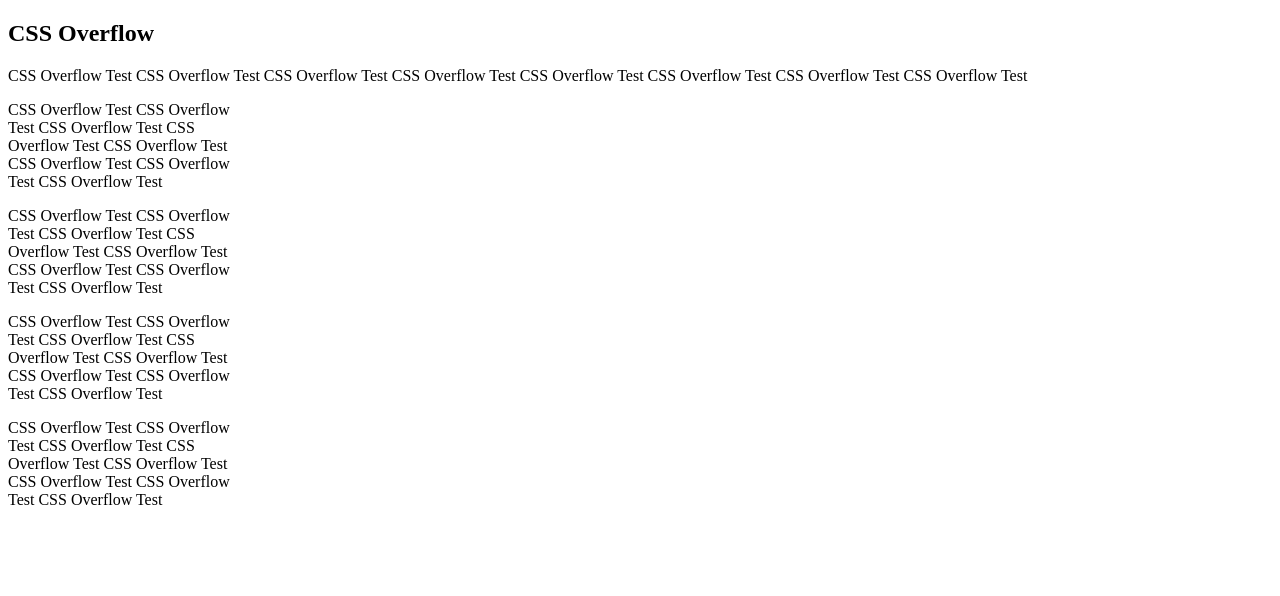
Repository: Kebiskim/2023_WebStudy
Page: 01_css/src/main/webapp/day02/Ex01_Overflow.html
The author's editor kept a copy of each file at every save. The page is drawn from the files as they stood at one save, then again after the next save.
The browser window is 1280 px wide. The pictures show the whole page.

Above is the page before, as saved 2023-06-26 00:46:49.

After the next save:
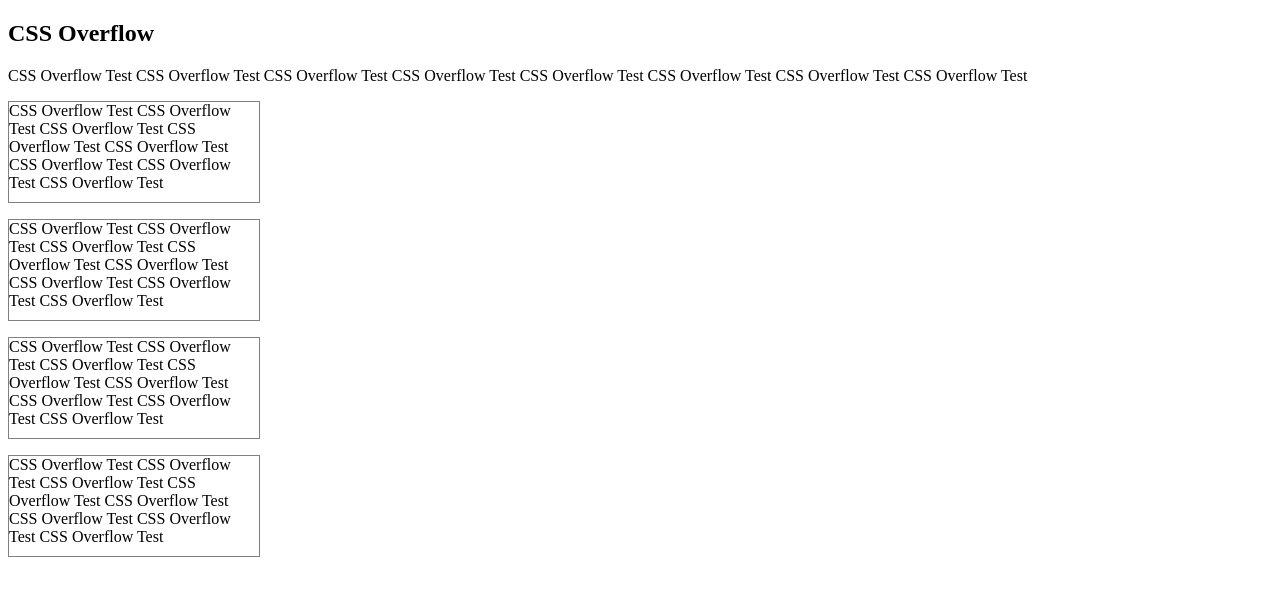
Saved 8 s later.
--- a/01_css/src/main/webapp/day02/Ex01_Overflow.html
+++ b/01_css/src/main/webapp/day02/Ex01_Overflow.html
@@ -6,7 +6,8 @@
 <style type="text/css">
 	#box1, #box2, #box3, #box4{
 		width: 250px;
-
+		height: 100px;
+		border: 1px solid gray;
 	}
 </style>
 </head>
